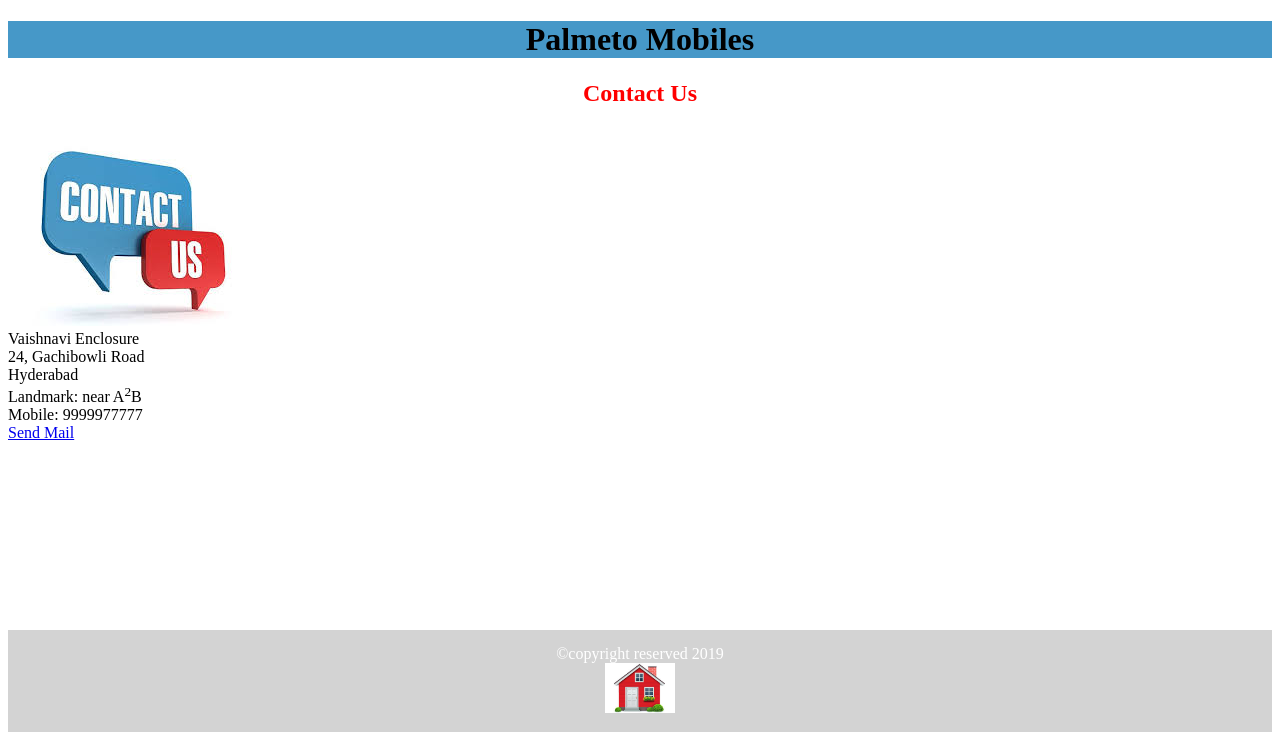
Repository: abhishekj720/HSBCLearn
Page: gagan/JEE/HtmlCssDemo/WebContent/contactus.html
The author's editor kept a copy of each file at every save. The page is drawn from the files as they stood at one save, then again after the next save.
The browser window is 1280 px wide. The pictures show the whole page.

Above is the page before, as saved 2019-07-29 07:06:19.

### gagan/JEE/HtmlCssDemo/WebContent/contactus.html
<!DOCTYPE html>
<html>
<head>
<meta charset="UTF-8">
<title>Palmeto - Contact Us</title>
<link href="hsbc.css" rel= "stylesheet">
</head>
<body>

<header>
	<h1>Palmeto Mobiles</h1>
</header>

<article>
	<h2>Contact Us</h2>
	<div>
	<img src = "images/contactus.jpg"/><br/>
	<span >Vaishnavi Enclosure</span><br/>
	<span>24, Gachibowli Road</span><br/>
	<span>Hyderabad</span><br/>
	<span>Landmark: near A<sup>2</sup>B</span><br/>
	<span>Mobile: 9999977777</span><br/>
	<span><a href="mailto:hr@palmeto.com">Send Mail</a>  </span><br/>


	</div>
</article>
<footer>
	&copy;copyright reserved 2019<br/>
	<a href="home.html"><img src="images/home.jpg"/></a>
</footer>







</body>
</html>

### gagan/JEE/HtmlCssDemo/WebContent/hsbc.css
header, footer{
	text-align:center;
}
/* only for images under footer */

header{
	background-color: #4698c8;
}

footer{
	background-color: #D3D3D3;
	padding:15px;
	color:white
}


footer img{
	height:50px;
	width:70px;
}

/* so that footer is at bottom regardless of the content in middle of the page*/
article{
	min-height : 550px
}


article h2{
	text-align:center;
	color:Red;
}

After the next save:
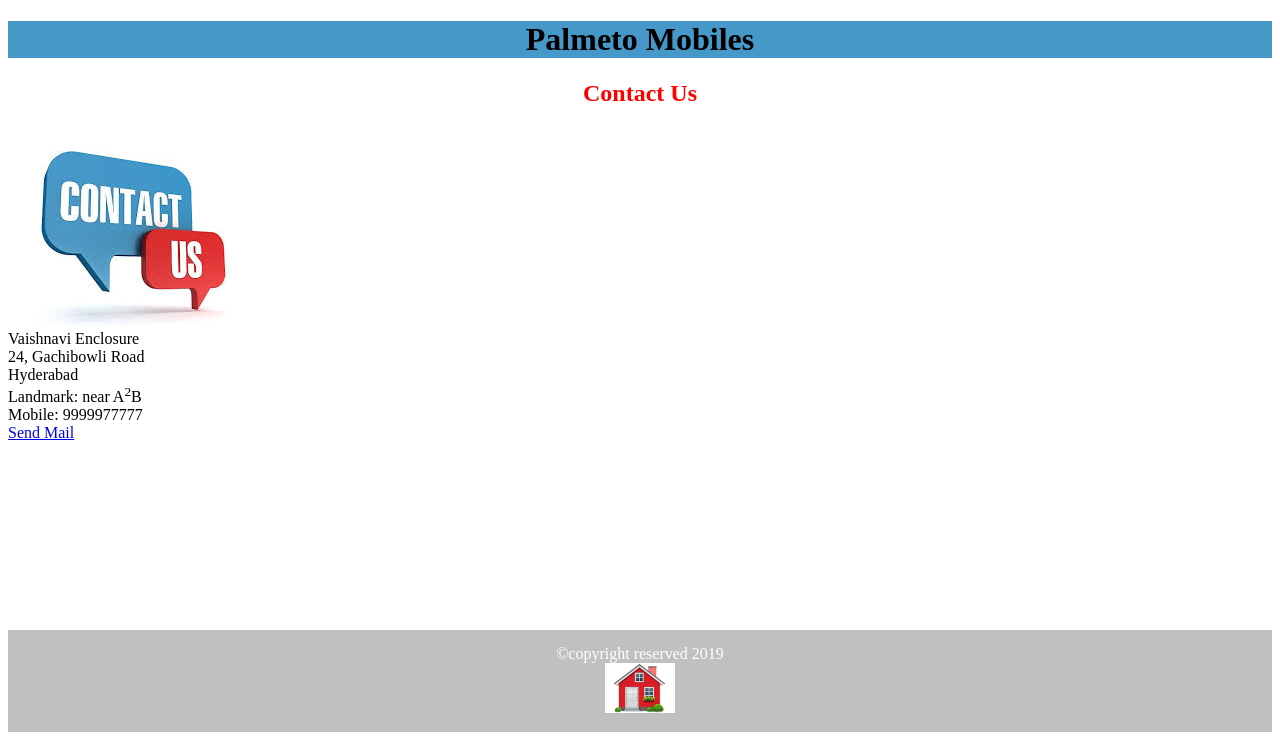
Saved 24 s later.
--- a/gagan/JEE/HtmlCssDemo/WebContent/hsbc.css
+++ b/gagan/JEE/HtmlCssDemo/WebContent/hsbc.css
@@ -8,7 +8,7 @@ header{
 }
 
 footer{
-	background-color: #D3D3D3;
+	background-color: #C0C0C0;
 	padding:15px;
 	color:white
 }
